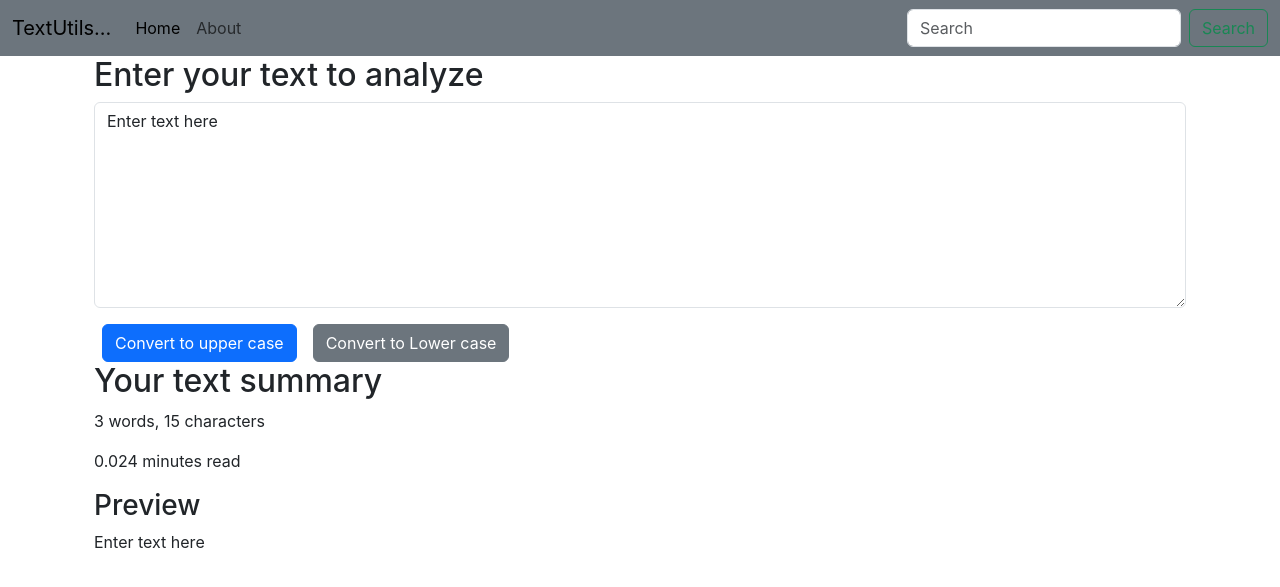
Repository: SujanNagaju/react-demo
Page: /
The author's editor kept a copy of each file at every save. The page is drawn from the files as they stood at one save, then again after the next save.
The browser window is 1280 px wide. The pictures show the whole page.
The project was rebuilt for these pictures with package versions that can differ from the ones it lists, and the page was loaded fresh each time. Also part of the build but not shown: src/App.css.

Above is the page before, as saved 2024-12-29 14:14:48.

After the next save:
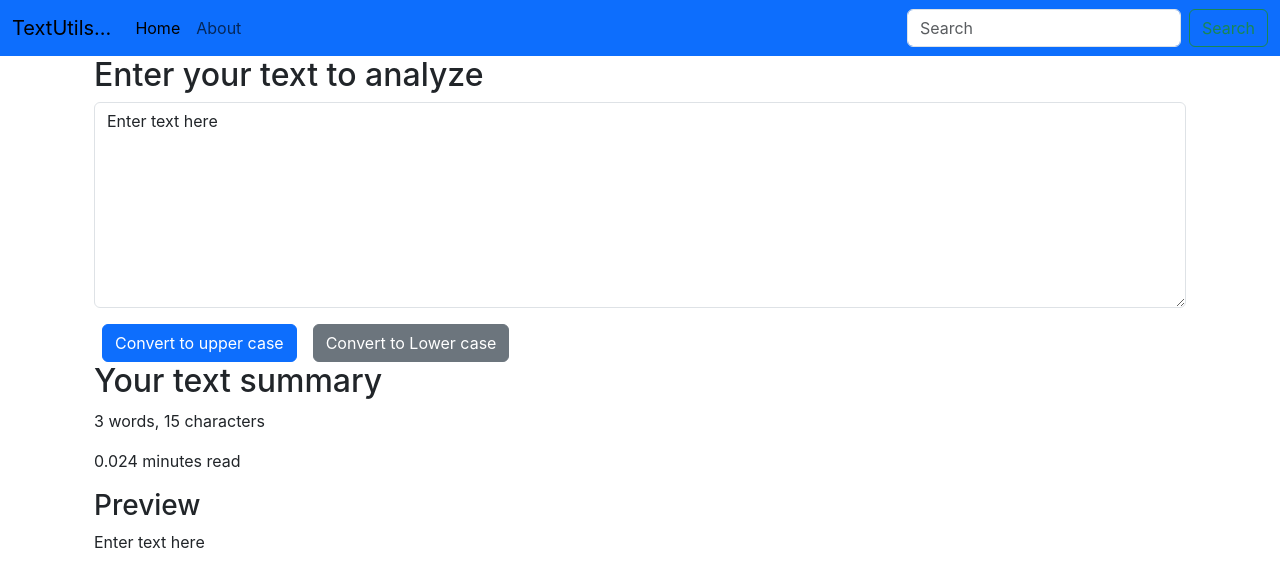
Saved 17 s later.
--- a/src/components/Navbar.js
+++ b/src/components/Navbar.js
@@ -4,7 +4,7 @@
 
 export default function Navbar({title="TextUtils", aboutText="About"}) {
   return (
-    <nav className="navbar navbar-expand-lg bg-secondary">
+    <nav className="navbar navbar-expand-lg bg-primary">
         <div className="container-fluid">
             <a className="navbar-brand" href="/">{title}</a>
             <button className="navbar-toggler" type="button" data-bs-toggle="collapse" data-bs-target="#navbarSupportedContent" aria-controls="navbarSupportedContent" aria-expanded="false" aria-label="Toggle navigation">
